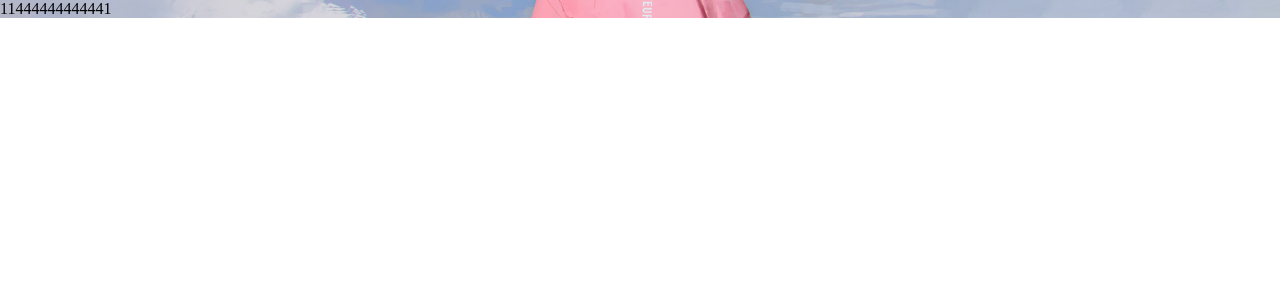
Repository: hnwj/big-event
Page: /reg
The author's editor kept a copy of each file at every save. The page is drawn from the files as they stood at one save, then again after the next save.
The browser window is 1280 px wide. The pictures show the whole page.
The project was rebuilt for these pictures with package versions that can differ from the ones it lists, and the page was loaded fresh each time. Also part of the build but not shown: vue.config.js, src/views/login.vue.

Above is the page before, as saved 2023-03-18 21:17:46.

### src/main.js
import { createApp } from 'vue'
import App from './App.vue'
import router from './router'
import store from './store'
import ElementPlus from 'element-plus'
import 'element-plus/dist/index.css'

// 导入基础的css文件
import '@/assets/global.less'

const app = createApp(App)
app.use(store)
app.use(router)
app.mount('#app')
app.use(ElementPlus)

### src/App.vue
<template>
  <div>
    <router-view />
  </div>
</template>

<style lang="less">
</style>

### src/router/index.js
import { createRouter, createWebHistory } from 'vue-router'
import Login from '@/views/login'
import Register from '@/views/register'

const routes = [
  {
    name: 'login',
    path: '/login',
    component: Login
  },
  {
    name: 'register',
    path: '/reg',
    component: Register
  }
]

const router = createRouter({
  history: createWebHistory(process.env.BASE_URL),
  routes
})

export default router

### src/assets/global.less
html,
body {
  margin: 0;
  padding: 0;
  height: 100%;
}

// 全局重置卡片的基础样式
.el-card.is-always-shadow,
.el-card.is-hover-shadow:focus,
.el-card.is-hover-shadow:hover {
  box-shadow: 0 1px 3px rgba(0, 0, 0, 0.1);
  // font-size: 13px;
}

### src/views/register.vue
<template>
  <!-- 注册整体盒子 -->
  <div class="reg-container">
    <div class="reg-box">
      <div class="title-box">11444444444441</div>
    </div>
  </div>
</template>

<script>
export default {

}
</script>

<style lang="less" scoped>
.reg-container {
  background: url('../../src/assets/images/bg.jpg') no-repeat center;
  background-size: cover;
}
</style>

Loaded but not shown: public/index.html (common file); src/store/index.js (common file)

After the next save:
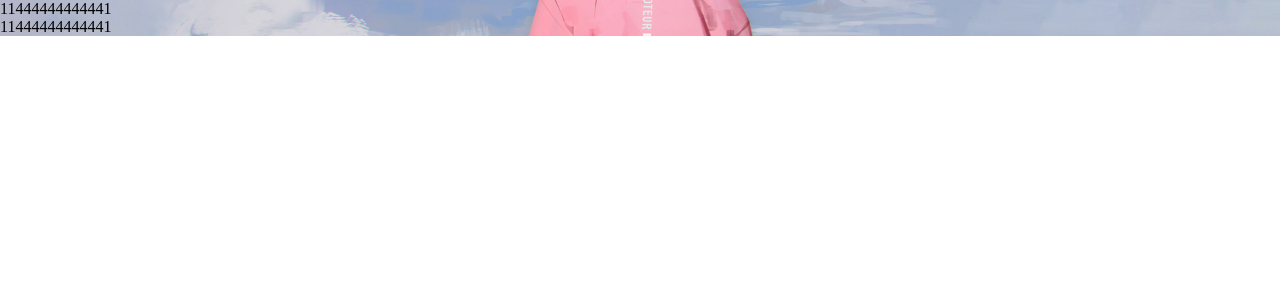
Saved 5 s later.
--- a/src/views/register.vue
+++ b/src/views/register.vue
@@ -2,6 +2,7 @@
   <!-- 注册整体盒子 -->
   <div class="reg-container">
     <div class="reg-box">
+      <div class="title-box">11444444444441</div>
       <div class="title-box">11444444444441</div>
     </div>
   </div>
